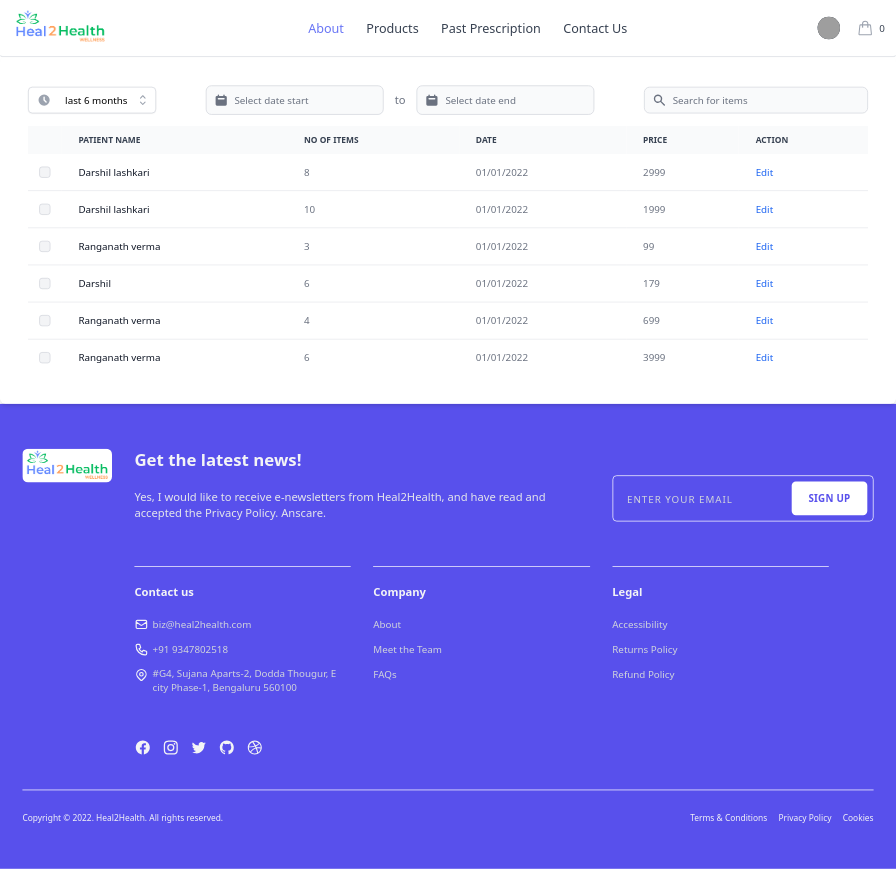
Repository: Akash123-coder/H2H
Page: /pastprescription (app in Frontend/)
The author's editor kept a copy of each file at every save. The page is drawn from the files as they stood at one save, then again after the next save.
The browser window is 1280 px wide. The pictures show the whole page, at 70% of full size.
Pictures or frames that could not be fetched are drawn as grey boxes. The project was rebuilt for these pictures with package versions that can differ from the ones it lists, and the page was loaded fresh each time. Also part of the build but not shown: Frontend/vite.config.ts, Frontend/src/pages/About.tsx, Frontend/src/components/Cta.jsx, Frontend/src/pages/Home.jsx, Frontend/src/components/Product.tsx, Frontend/src/pages/Prescription.jsx, Frontend/src/pages/SignUp.jsx, Frontend/src/pages/Login.jsx and 1 more.

Above is the page before, as saved 2022-09-30 22:19:00.

### Frontend/index.html
<!DOCTYPE html>
<html lang="en">
  <head>
    <meta charset="UTF-8" />
    <link rel="icon" type="image/svg+xml" href="/vite.svg" />
    <meta name="viewport" content="width=device-width, initial-scale=1.0" />
    <title>Heal2Health</title>
  </head>
  <body>
    <div id="root"></div>
    <script type="module" src="/src/main.tsx"></script>
  </body>
</html>

### Frontend/src/main.tsx
import React from 'react'
import ReactDOM from 'react-dom/client'
import App from './App'
import './index.css'
import {BrowserRouter} from 'react-router-dom'

ReactDOM.createRoot(document.getElementById('root') as HTMLElement).render(
  <React.StrictMode>
    <BrowserRouter>
    <App />
    </BrowserRouter>
  </React.StrictMode>
)

### Frontend/src/App.jsx
import { Routes, Route } from "react-router-dom";
import Navbar from "./components/Navbar.jsx";
import { ShoppingCartProvider } from "./context/ShoppingCartContext";
import About from "./pages/About";
import Home from "./pages/Home";
import Prescription from "./pages/Prescription";
import SignUp from "./pages/SignUp";
import Footer from "./components/Footer";
import Login from "./pages/Login";
import Cart from "./pages/Cart";
import CompanyNameSelect from "./pages/CompanyNameSelect.jsx";
import PastPrescription from "./pages/PastPrescription.jsx";

function App() {
  return (
    <ShoppingCartProvider>
      <Navbar />
      <Routes>
        <Route path="/" element={<Home />} />
        <Route path="/prescription" element={<Prescription />} />
        <Route path="/about" element={<About />} />
        <Route path="/login" element={<Login />} />
        <Route path="/SignUp" element={<SignUp />} />
        <Route path="/pastprescription" element={<PastPrescription />} />
        {/* <Route path="/SignUp" element={<CompanyNameSelect />} /> */}
      </Routes>
      <Footer />
    </ShoppingCartProvider>
  );
}

export default App;

### Frontend/src/components/Navbar.jsx
// import user from '../assets/user.png'
import { useState } from 'react'
import logo from '../assets/logo.png'
import {NavLink} from 'react-router-dom'
import { ShoppingBagIcon } from "@heroicons/react/24/outline";
import Cart from '../pages/Cart'

function Navbar() {
    const [Active, setActive] = useState(true)

    const showMenu = () =>{
        setActive(!Active)
    }

  return (
    <div>
      <nav className="bg-white border-b-2  px-2 sm:px-4  py-2.5 rounded fixed-top top-0  dark:bg-gray-900 ">
        <div className="container flex flex-wrap justify-between items-center mx-auto">
          <a href="/" className="flex items-center ">
            <img
              src={logo}
              className="mr-3 h-16 lg:h-14 sm:h-12"
              alt="Flowbite Logo"
            />
          </a>
          <div className="flex items-center md:order-2">
            <NavLink
              to="/login"
              type="button"
              className="flex mr-3 text-sm bg-gray-800 rounded-full md:mr-0 focus:ring-4 focus:ring-gray-300 dark:focus:ring-gray-600"
              id="user-menu-button"
              aria-expanded="false"
              data-dropdown-toggle="user-dropdown"
              data-dropdown-placement="bottom"
            >
              <span className="sr-only">Open user menu</span>
              <img
                className="w-8 h-8 rounded-full"
                src="https://images.pexels.com/photos/614810/pexels-photo-614810.jpeg?auto=compress&cs=tinysrgb&dpr=1&w=500"
                alt="user photo"
              />
            </NavLink>
            <Cart />

            <button
              data-collapse-toggle="mobile-menu-2"
              type="button"
              className="  inlinkne-flex items-center p-2 ml-1 text-sm text-gray-500 rounded-lg md:hidden hover:bg-gray-100 focus:outlinkne-none focus:ring-2 focus:ring-gray-200 dark:text-gray-400 dark:hover:bg-gray-700 dark:focus:ring-gray-600"
              aria-controls="mobile-menu-2"
              aria-expanded="false"
            >
              <span className="sr-only">Open main menu</span>
              <svg
                className="w-6 h-6"
                aria-hidden="true"
                onClick={showMenu}
                fill="currentColor"
                viewBox="0 0 20 20"
                xmlns="http://www.w3.org/2000/svg"
              >
                <path
                  fill-rule="evenodd"
                  d="M3 5a1 1 0 011-1h12a1 1 0 110 2H4a1 1 0 01-1-1zM3 10a1 1 0 011-1h12a1 1 0 110 2H4a1 1 0 01-1-1zM3 15a1 1 0 011-1h12a1 1 0 110 2H4a1 1 0 01-1-1z"
                  clinkp-rule="evenodd"
                ></path>
              </svg>
            </button>
          </div>
          <div
            className={
              !Active
                ? " justify-between items-center w-full md:flex md:w-auto md:order-1 border-b-stone-500"
                : "hidden"
            }
            id="mobile-menu-2"
          >
            <ul className="flex flex-col p-4 mt-4  bg-gray-50 rounded-lg border border-gray-100 md:flex-row md:space-x-8 md:mt-0 md:text-sm md:font-medium md:border-0 md:bg-white dark:bg-gray-800 md:dark:bg-gray-900 dark:border-gray-700">
              <NavLink to="/">
                <a
                  className="block py-2 pr-4 pl-3 text-lg text-white bg-indigo-700 rounded md:bg-transparent md:text-indigo-700 md:p-0 dark:text-white"
                  aria-current="page "
                  onClick={showMenu}
                >
                  About
                </a>
              </NavLink>
              {/* <NavLink to="/about">
                <a
                  className="block py-2 pr-4 pl-3 text-lg text-gray-700 rounded hover:bg-gray-100 md:hover:bg-transparent md:hover:text-indigo-700 md:p-0 dark:text-gray-400 md:dark:hover:text-white dark:hover:bg-gray-700 dark:hover:text-white md:dark:hover:bg-transparent dark:border-gray-700"
                  onClick={showMenu}
                >
                  About
                </a>
              </NavLink> */}

              <NavLink to="/Prescription">
                <a
                  href="#"
                  className="block py-2 pr-4 pl-3 text-lg text-gray-700 rounded hover:bg-gray-100 md:hover:bg-transparent md:hover:text-indigo-700 md:p-0 dark:text-gray-400 md:dark:hover:text-white dark:hover:bg-gray-700 dark:hover:text-white md:dark:hover:bg-transparent dark:border-gray-700"
                  onClick={showMenu}
                >
                  Products
                </a>
              </NavLink>
              <NavLink to="/PastPrescription">
                <a
                  href="#"
                  className="block py-2 pr-4 pl-3 text-lg text-gray-700 rounded hover:bg-gray-100 md:hover:bg-transparent md:hover:text-indigo-700 md:p-0 dark:text-gray-400 md:dark:hover:text-white dark:hover:bg-gray-700 dark:hover:text-white md:dark:hover:bg-transparent dark:border-gray-700"
                  onClick={showMenu}
                  to="/pastprescription"
                >
                  Past Prescription
                </a>
              </NavLink>

              <a
                href="#contact"
                className="block py-2 pr-4 pl-3 text-lg text-gray-700 rounded hover:bg-gray-100 md:hover:bg-transparent md:hover:text-indigo-700 md:p-0 dark:text-gray-400 md:dark:hover:text-white dark:hover:bg-gray-700 dark:hover:text-white md:dark:hover:bg-transparent dark:border-gray-700"
                onClick={showMenu}
              >
                Contact Us
              </a>
            </ul>
          </div>
          <div
            className={
              "hidden justify-between  items-center w-full md:flex md:w-auto md:order-1"
            }
            id="mobile-menu-2"
          >
            <ul className="flex flex-col p-4 mt-4  bg-gray-50 rounded-lg border border-gray-100 md:flex-row md:space-x-8 md:mt-0 md:text-sm md:font-medium md:border-0 md:bg-white dark:bg-gray-800 md:dark:bg-gray-900 dark:border-gray-700">
              <NavLink to="/">
                <a
                  href="#"
                  className="block py-2 pr-4 pl-3 text-lg text-white bg-indigo-700 rounded md:bg-transparent md:text-indigo-500 md:p-0 dark:text-white"
                  aria-current="page"
                >
                  About
                </a>
              </NavLink>
              {/* <NavLink to="/about">
                <a
                  href="#"
                  className="block py-2 pr-4 pl-3 text-gray-700 rounded text-lg hover:bg-gray-100 md:hover:bg-transparent md:hover:text-indigo-700 md:p-0 dark:text-gray-400 md:dark:hover:text-white dark:hover:bg-gray-700 dark:hover:text-white md:dark:hover:bg-transparent dark:border-gray-700"
                >
                  About
                </a>
              </NavLink> */}

              <NavLink to="/prescription">
                <a
                  href="#"
                  className="block py-2 pr-4 pl-3 text-gray-700 rounded text-lg hover:bg-gray-100 md:hover:bg-transparent md:hover:text-indigo-500 md:p-0 dark:text-gray-400 md:dark:hover:text-white dark:hover:bg-gray-700 dark:hover:text-white md:dark:hover:bg-transparent dark:border-gray-700"
                >
                  Products
                </a>
              </NavLink>
              <NavLink to="/PastPrescription">
                <a
                  href="#"
                  className="block py-2 pr-4 pl-3 text-lg text-gray-700 rounded hover:bg-gray-100 md:hover:bg-transparent md:hover:text-indigo-700 md:p-0 dark:text-gray-400 md:dark:hover:text-white dark:hover:bg-gray-700 dark:hover:text-white md:dark:hover:bg-transparent dark:border-gray-700"

                  to="/pastprescription"
                >
                  Past Prescription
                </a>
              </NavLink>
              <a
                href="#contact"
                className="block py-2 pr-4 pl-3 text-gray-700 rounded text-lg hover:bg-gray-100 md:hover:bg-transparent md:hover:text-indigo-500 md:p-0 dark:text-gray-400 md:dark:hover:text-white dark:hover:bg-gray-700 dark:hover:text-white md:dark:hover:bg-transparent dark:border-gray-700"
              >
                Contact Us
              </a>
            </ul>
          </div>
        </div>
      </nav>
    </div>
  );
}

export default Navbar

### Frontend/src/context/ShoppingCartContext.tsx
import {useContext ,useState, createContext ,ReactNode} from 'react'

const ShoppingCartContext = createContext({})

type ShoppingCartProviderProps ={
    children: ReactNode
}
type CartItem = {
    id: number
    quantity:number
}


type ShoppingCartContext ={
    CartQuantity:number
    CartItems:CartItem[]
    getItemQuantity:(id: number) => number
    increaseItemQuantity:(id: number) => void
    decreaseItemQuantity:(id: number) => void
    removeFromCart:(id: number) => void
}

export function useShoppingCart() {
  return ( useContext(ShoppingCartContext)
  )
}

export function ShoppingCartProvider({children}:ShoppingCartProviderProps){
    const [cartItems ,setCartItems] = useState<CartItem>([]);

    const CartQuantity = cartItems.reduce(
        (quantity ,item) => item.quantity + quantity,0
    )

    function getItemQuantity(id : number){
        return cartItems.find( item => item.id === id)?.quantity || 0
    }
    function increaseItemQuantity(id : number){
         setCartItems(currItems =>{
            if(currItems.find(item => item.id === id)==null){
                return [...currItems, {id , quantity : 1}]

            } else {
                return currItems.map(item =>{
                    if(item.id === id ){
                        return {...item ,quantity: item.quantity + 1}
                    }else{
                        return item
                    }
                })
            }
         })
    }
    function decreaseItemQuantity(id: number) {
        setCartItems(currItems => {
          if (currItems.find(item => item.id === id)?.quantity === 1) {
            return currItems.filter(item => item.id !== id)
          } else {
            return currItems.map(item => {
              if (item.id === id) {
                return { ...item, quantity: item.quantity - 1 }
              } else {
                return item
              }
            })
          }
        })
      }
    function removeFromCart(id : number){
        setCartItems(currItems =>{
            return currItems.filter(item =>item.id!==id)
        })
    }
    return (

        <ShoppingCartContext.Provider value = {{getItemQuantity,increaseItemQuantity,decreaseItemQuantity ,removeFromCart,cartItems,CartQuantity}}>
            {children}
        </ShoppingCartContext.Provider>
    )
}

### Frontend/src/components/DatePickercomp.jsx
// import  React from "react";
// import TextField from "@mui/material/TextField";
// import Box from "@mui/material/Box";
// import { LocalizationProvider } from "@mui/x-date-pickers-pro";
// import { AdapterDayjs } from "@mui/x-date-pickers-pro/AdapterDayjs";
// import { DateRangePicker } from "@mui/x-date-pickers-pro/DateRangePicker";

// export default function BasicDateRangePicker() {
//   const [value, setValue] = React.useState([null, null]);

//   return (
//     <LocalizationProvider
//       dateAdapter={AdapterDayjs}
//       localeText={{ start: "Check-in", end: "Check-out" }}
//     >
//       <DateRangePicker
//         value={value}
//         onChange={(newValue) => {
//           setValue(newValue);
//         }}
//         renderInput={(startProps, endProps) => (
//           <React.Fragment>
//             <TextField {...startProps} />
//             <Box sx={{ mx: 2 }}> to </Box>
//             <TextField {...endProps} />
//           </React.Fragment>
//         )}
//       />
//     </LocalizationProvider>
//   );
// }

import React from 'react'

function DatePickercomp() {
  return (
    <div>
<div date-rangepicker="" class="flex items-center">
  <div class="relative">
    <div class="flex absolute inset-y-0 left-0 items-center pl-3 pointer-events-none">
        <svg aria-hidden="true" class="w-5 h-5 text-gray-500 dark:text-gray-400" fill="currentColor" viewBox="0 0 20 20" xmlns="http://www.w3.org/2000/svg"><path fill-rule="evenodd" d="M6 2a1 1 0 00-1 1v1H4a2 2 0 00-2 2v10a2 2 0 002 2h12a2 2 0 002-2V6a2 2 0 00-2-2h-1V3a1 1 0 10-2 0v1H7V3a1 1 0 00-1-1zm0 5a1 1 0 000 2h8a1 1 0 100-2H6z" clip-rule="evenodd"></path></svg>
    </div>
    <input name="start" type="text" class="bg-gray-50 border border-gray-300 text-gray-900 sm:text-sm rounded-lg focus:ring-blue-500 focus:border-blue-500 block w-full pl-10 p-2.5 dark:bg-gray-700 dark:border-gray-600 dark:placeholder-gray-400 dark:text-white dark:focus:ring-blue-500 dark:focus:border-blue-500 datepicker-input" placeholder="Select date start"/>
  </div>
  <span class="mx-4 text-gray-500">to</span>
  <div class="relative">
    <div class="flex absolute inset-y-0 left-0 items-center pl-3 pointer-events-none">
        <svg aria-hidden="true" class="w-5 h-5 text-gray-500 dark:text-gray-400" fill="currentColor" viewBox="0 0 20 20" xmlns="http://www.w3.org/2000/svg"><path fill-rule="evenodd" d="M6 2a1 1 0 00-1 1v1H4a2 2 0 00-2 2v10a2 2 0 002 2h12a2 2 0 002-2V6a2 2 0 00-2-2h-1V3a1 1 0 10-2 0v1H7V3a1 1 0 00-1-1zm0 5a1 1 0 000 2h8a1 1 0 100-2H6z" clip-rule="evenodd"></path></svg>
    </div>
    <input name="end" type="text" class="bg-gray-50 border border-gray-300 text-gray-900 sm:text-sm rounded-lg focus:ring-blue-500 focus:border-blue-500 block w-full pl-10 p-2.5 dark:bg-gray-700 dark:border-gray-600 dark:placeholder-gray-400 dark:text-white dark:focus:ring-blue-500 dark:focus:border-blue-500 datepicker-input" placeholder="Select date end"/>
</div>
</div>
</div>
  )
}

export default DatePickercomp

### Frontend/tailwind.config.cjs
/** @type {import('tailwindcss').Config} */
module.exports = {
  content: [
    "./src/**/*.{js,jsx,ts,tsx}",
    "node_modules/flowbite-react/**/*.{js,jsx,ts,tsx}",
  ],
  theme: {
    extend: {},
  },
  plugins: [require("flowbite/plugin"), require("@tailwindcss/forms")],
};

Loaded but not shown: Frontend/src/index.css (common file); Frontend/src/components/Footer.jsx (300 lines, source omitted); Frontend/src/pages/PastPrescription.jsx (260 lines, source omitted); Frontend/src/pages/Cart.jsx (227 lines, source omitted); Frontend/src/components/Select.jsx (122 lines, source omitted)

After the next save:
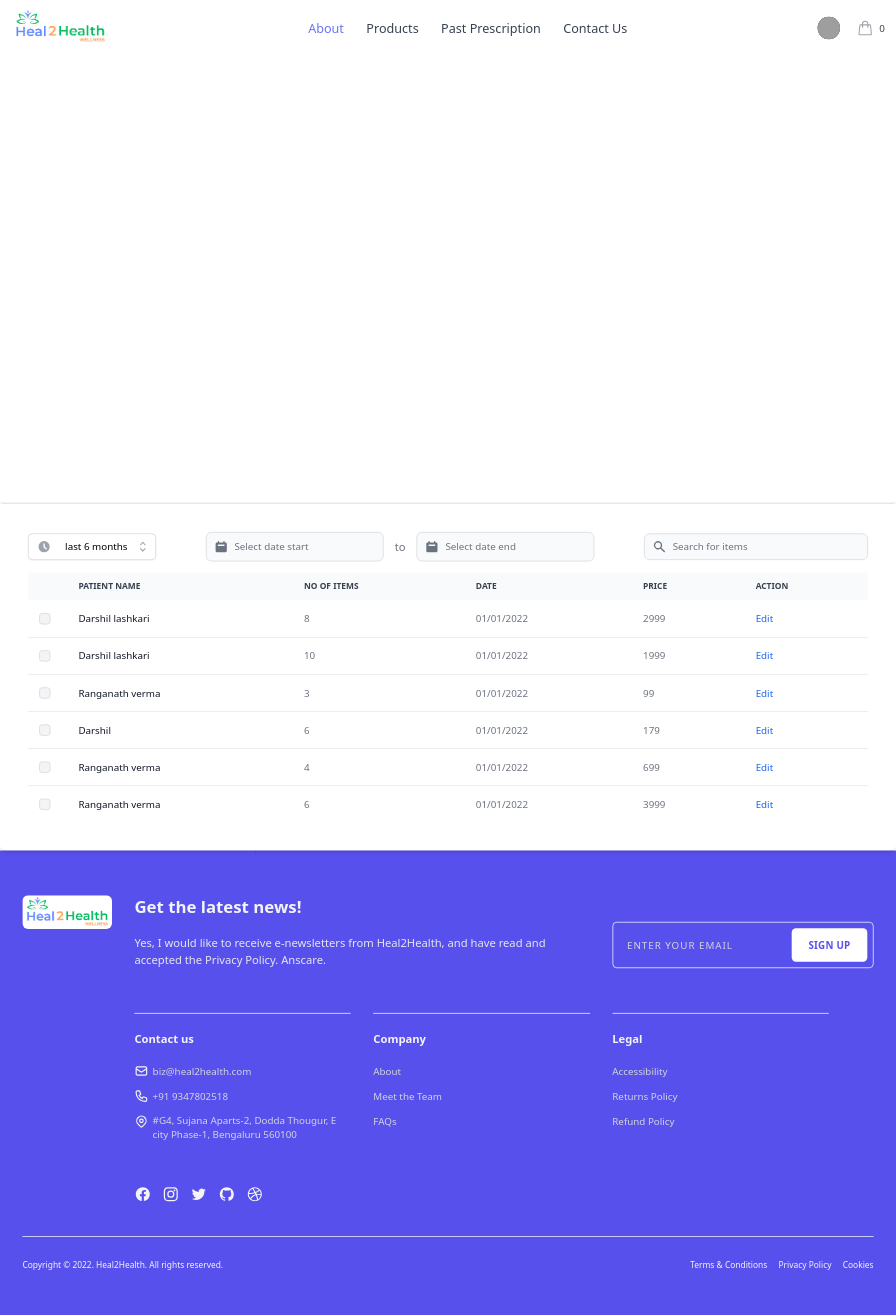
Saved 29 s later.
--- a/Frontend/src/components/Navbar.jsx
+++ b/Frontend/src/components/Navbar.jsx
@@ -14,7 +14,7 @@
 
   return (
     <div>
-      <nav className="bg-white border-b-2  px-2 sm:px-4  py-2.5 rounded fixed-top top-0  dark:bg-gray-900 ">
+      <nav className="bg-white border-b-2  px-2 sm:px-4  py-2.5 rounded fixed-top h-screen sticky top-0  dark:bg-gray-900 ">
         <div className="container flex flex-wrap justify-between items-center mx-auto">
           <a href="/" className="flex items-center ">
             <img
@@ -159,7 +159,6 @@
                 <a
                   href="#"
                   className="block py-2 pr-4 pl-3 text-lg text-gray-700 rounded hover:bg-gray-100 md:hover:bg-transparent md:hover:text-indigo-700 md:p-0 dark:text-gray-400 md:dark:hover:text-white dark:hover:bg-gray-700 dark:hover:text-white md:dark:hover:bg-transparent dark:border-gray-700"
-
                   to="/pastprescription"
                 >
                   Past Prescription

After the save that followed:
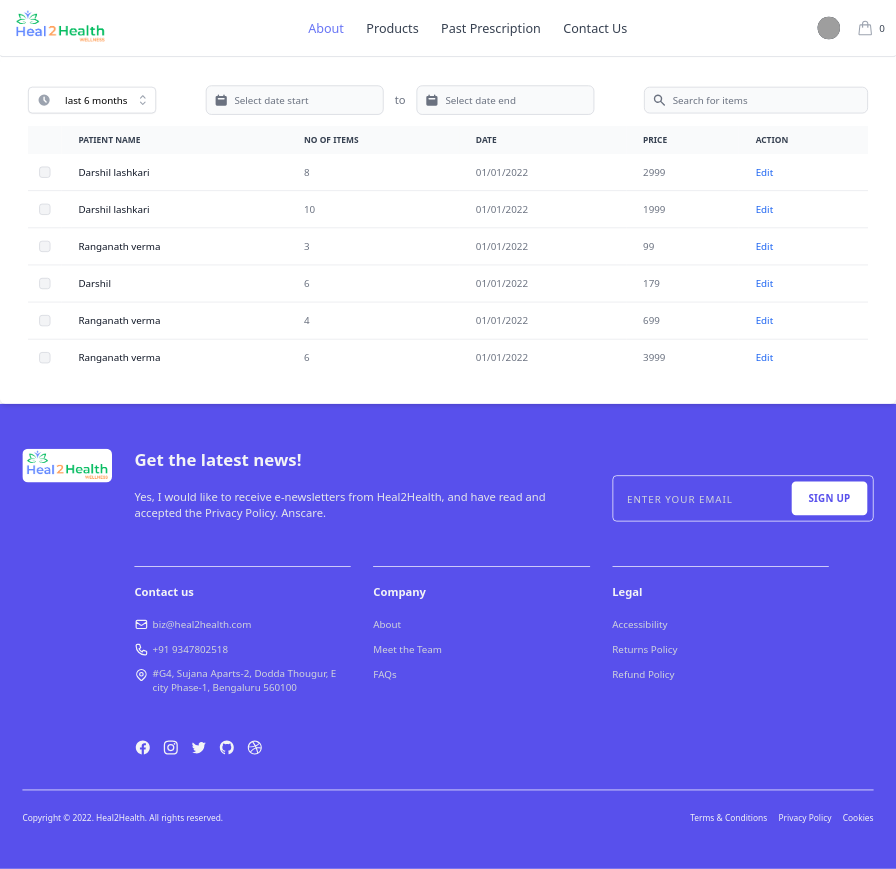
Saved 8 s later.
--- a/Frontend/src/components/Navbar.jsx
+++ b/Frontend/src/components/Navbar.jsx
@@ -14,7 +14,7 @@
 
   return (
     <div>
-      <nav className="bg-white border-b-2  px-2 sm:px-4  py-2.5 rounded fixed-top h-screen sticky top-0  dark:bg-gray-900 ">
+      <nav className="bg-white border-b-2  px-2 sm:px-4  py-2.5 rounded fixed-top sticky top-0  dark:bg-gray-900 ">
         <div className="container flex flex-wrap justify-between items-center mx-auto">
           <a href="/" className="flex items-center ">
             <img
